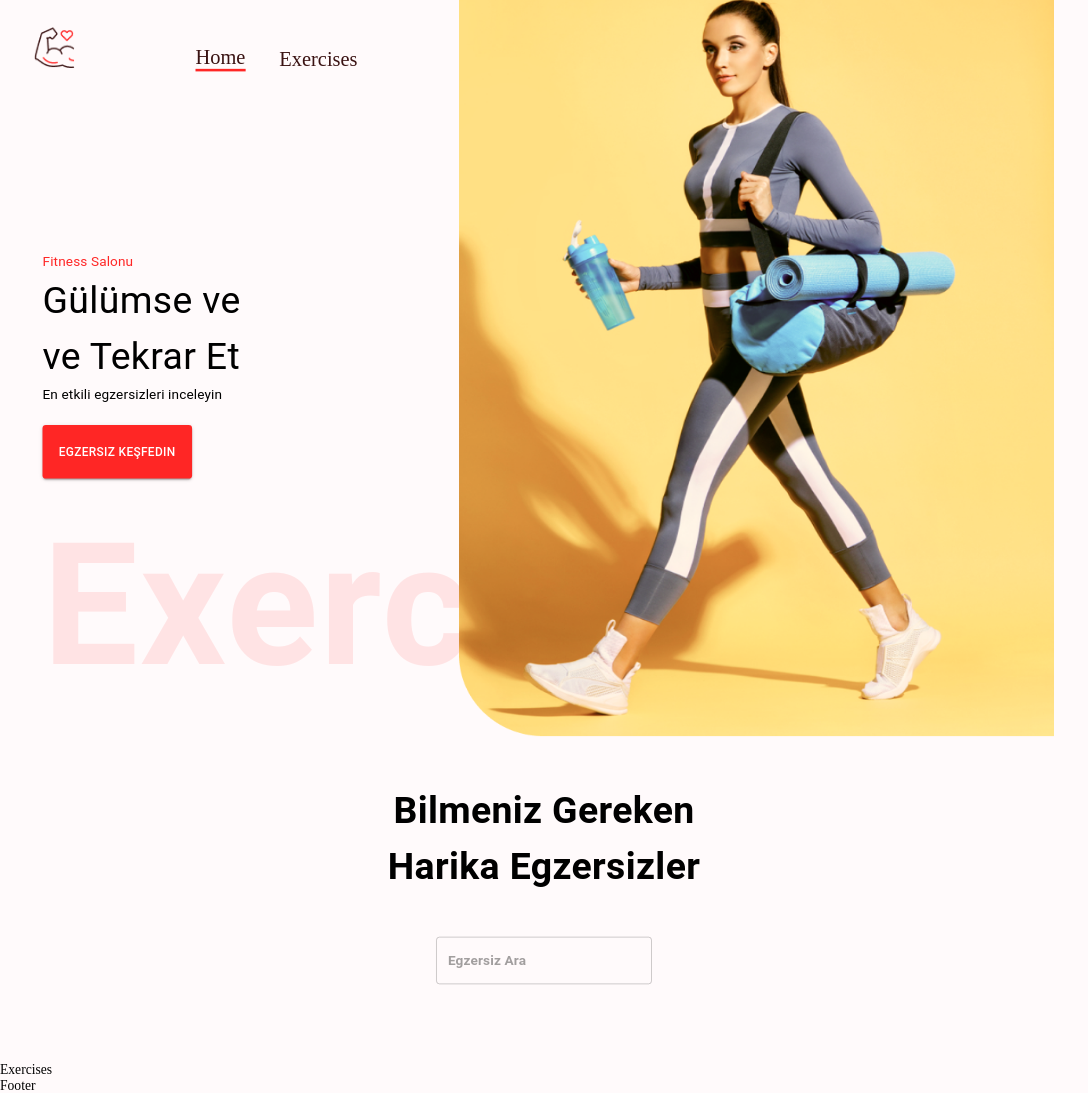
Repository: Kubraaygun/Gym_App
Page: /
These files come from the project's save history. The page is drawn as it stood at one moment and after the next save; the edit follows.
The browser window is 1280 px wide. The pictures show the whole page, at 85% of full size.
The project was rebuilt for these pictures with package versions that can differ from the ones it lists, and the page was loaded fresh each time. Also part of the build but not shown: src/pages/ExerciseDetail.js.

Above is the page before, as saved 2025-01-25 17:41:31.

After the next save:
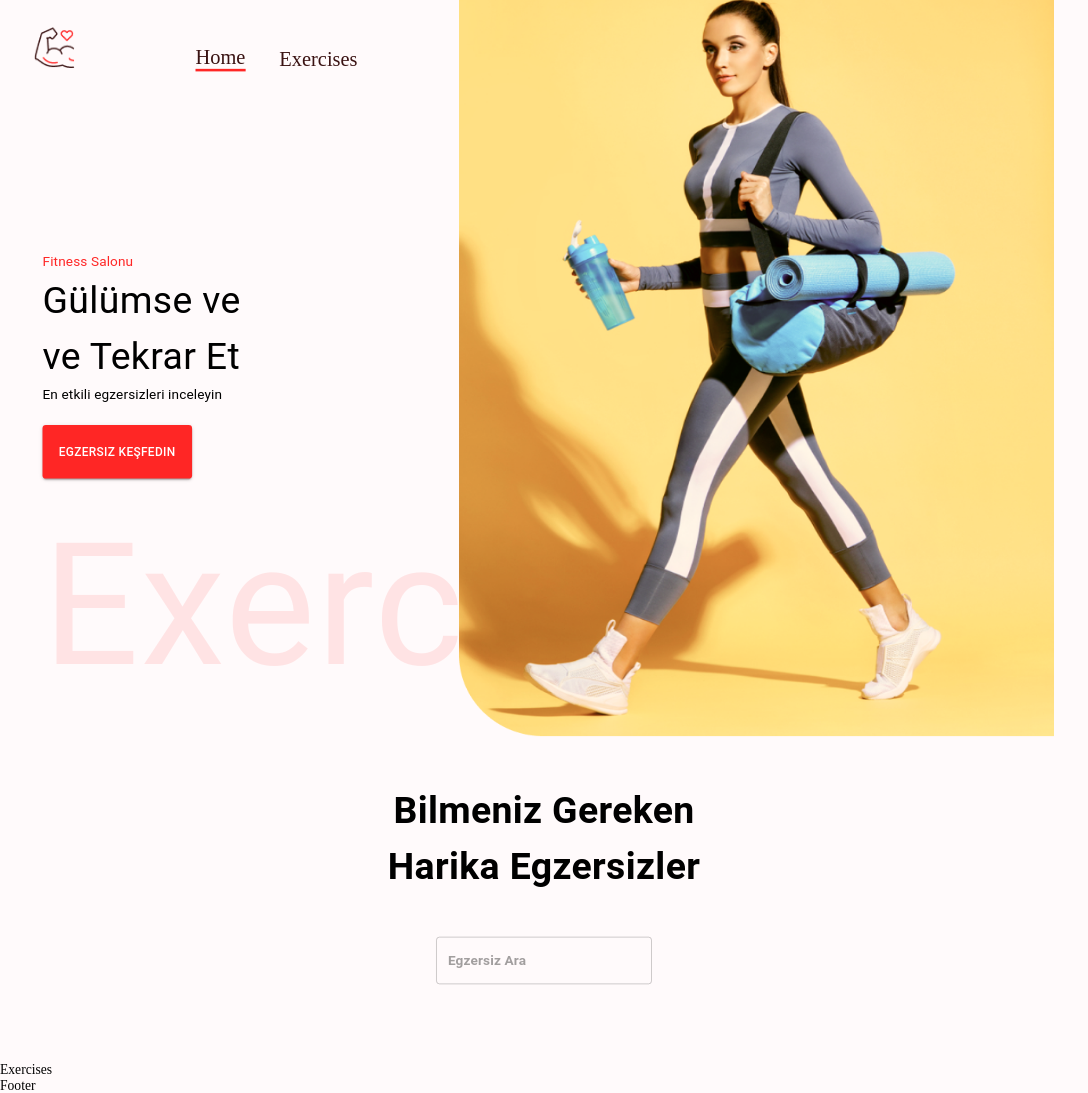
Saved 10 s later.
--- a/src/components/HeroBanner.js
+++ b/src/components/HeroBanner.js
@@ -29,7 +29,6 @@
       </Button>
       <Typography
         className="banner-background-text"
-        fontWeight={600}
         color="#ff2625"
         sx={{ opacity: 0.1, display: { lg: "block", xs: "none" } }}
         fontSize="200px"

After the save that followed:
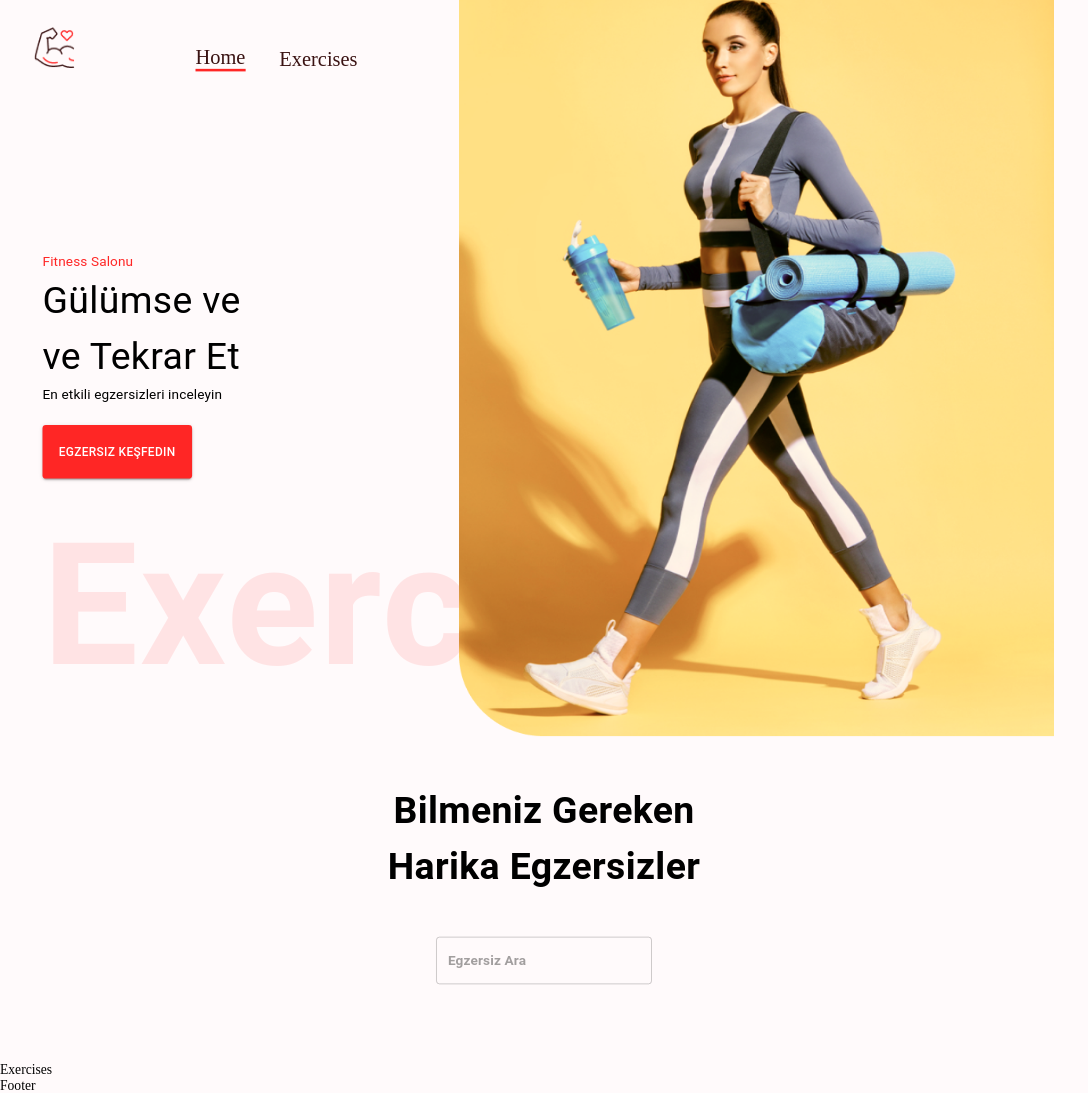
Saved 5 s later.
--- a/src/components/HeroBanner.js
+++ b/src/components/HeroBanner.js
@@ -29,6 +29,7 @@
       </Button>
       <Typography
         className="banner-background-text"
+        fontWeight={600}
         color="#ff2625"
         sx={{ opacity: 0.1, display: { lg: "block", xs: "none" } }}
         fontSize="200px"
